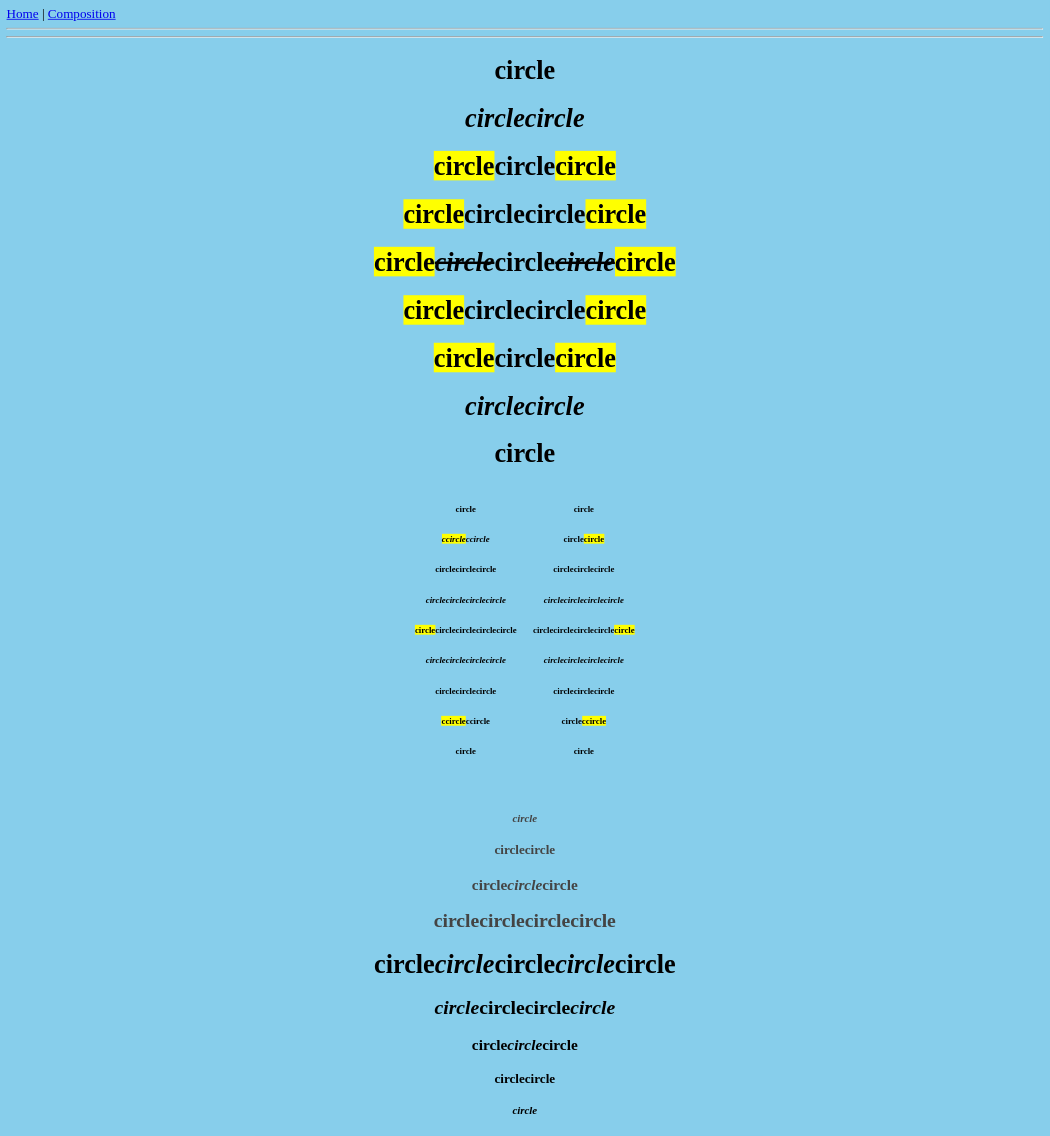
Repository: parkh899/parkh899.github.io
Page: lab/composition2.html
The author's editor kept a record of every edit. The page is drawn from the files as they stood at one moment, then again after the next edit.
The browser window is 1280 px wide. The pictures show the whole page, at 82% of full size.

Above is the page before.

After the next edit:
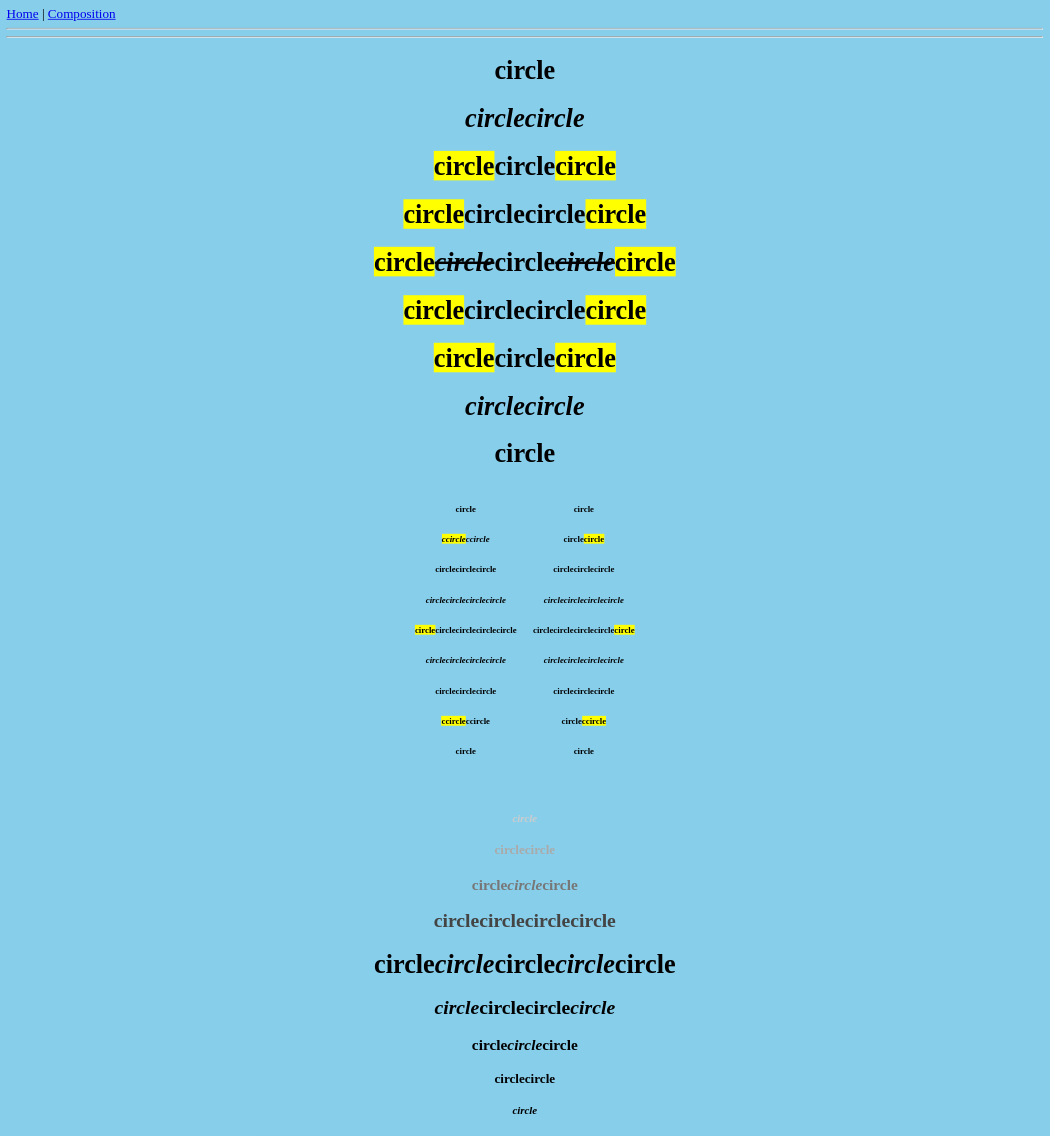
The edit:
--- a/lab/composition2.html
+++ b/lab/composition2.html
@@ -59,9 +59,9 @@
 
     <br/>
 
-    <h5 style="color:#444444"><i>circle</i></h5>
-    <h4 style="color:#444444">circlecircle</h4>
-    <h3 style="color:#444444">circle<i>circle</i>circle</h3>
+    <h5 style="color:#CCCCCC"><i>circle</i></h5>
+    <h4 style="color:#AAAAAA">circlecircle</h4>
+    <h3 style="color:#777777">circle<i>circle</i>circle</h3>
     <h2 style="color:#444444">circlecirclecirclecircle</h2>
     <h1>circle<i>circle</i>circle<i>circle</i>circle</h1>
     <h2><i>circle</i>circlecircle<i>circle</i></h2>
